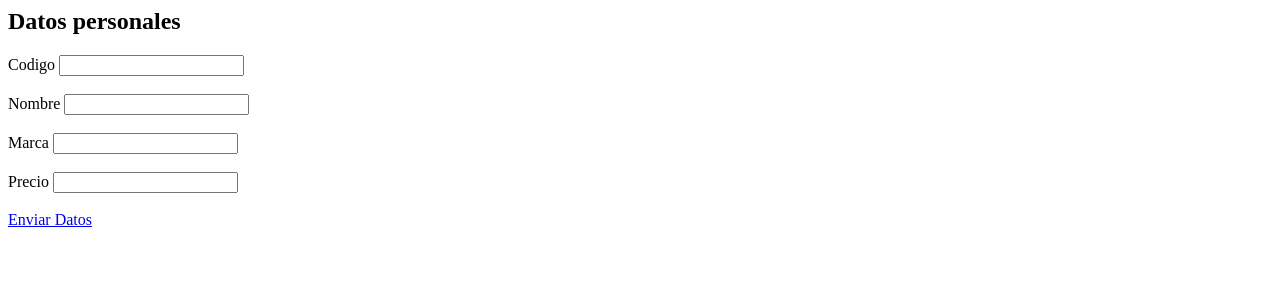
Repository: Alemartinez97/New-Repository
Page: programacion-3/tp3/formProducto.html
The author's editor kept a copy of each file at every save. The page is drawn from the files as they stood at one save, then again after the next save.
The browser window is 1280 px wide. The pictures show the whole page.

Above is the page before, as saved 2020-06-04 18:29:04.

### programacion-3/tp3/formProducto.html
<html>
<head>
	<title>Cuadros de texto</title>
        <!--Esta línea a continuación sirve para que los caracteres
         como la ñ o tildes se visualicen correctamente-->
	<meta charset="UTF-8">
</head>
<body>
<!--Creamos una caja llamada contenedor. div es una etiqueta
contenedora que actúa como caja contenedora de otros elementos.
Cobra sentido con el uso de CSS-->
<div id="contenedor">
	<h2 id="encabezado">Datos personales</h2>
	<form id="formulario1">
		<label for="">Codigo</label>
        <input type="text" id="codigo"><br>
    </br>
        <label for="">Nombre</label>
        <input type="text" id="nombre"><br>
    </br>
		<label for="">Marca</label>
        <input type="text" id="marca"><br>
    </br>
		<label for="">Precio</label>
        <input type="text" id="precio"><br>
</br>
        <a href="producto.html" onclick="enviarDatos">Enviar Datos
        </a>
	</form>
</div>
<script>

    function enviarDatos() {

        let codigo = document.getElementById("codigo").value;
        let nombre = document.getElementById("nombre").value;
        let marca = document.getElementById("marca").value;
        let precio= document.getElementById("precio").value;

        let request = { codigo: codigo, nombre: nombre, marca: marca,precio: precio };
        alert("Detalle Producto", "Codigo: ",codigo, "nombre: ",nombre, "Marca: ",marca, "Precio: ",precio )
        document.getElementById("resultado").innerHTML = JSON.stringify(request);

        setTimeout(function() {
            document.getElementById("resultado").innerHTML = JSON.stringify(request) + "... Enviada exitosamente";
        }, 3000);

    }
</script>
</body>
</html>

After the next save:
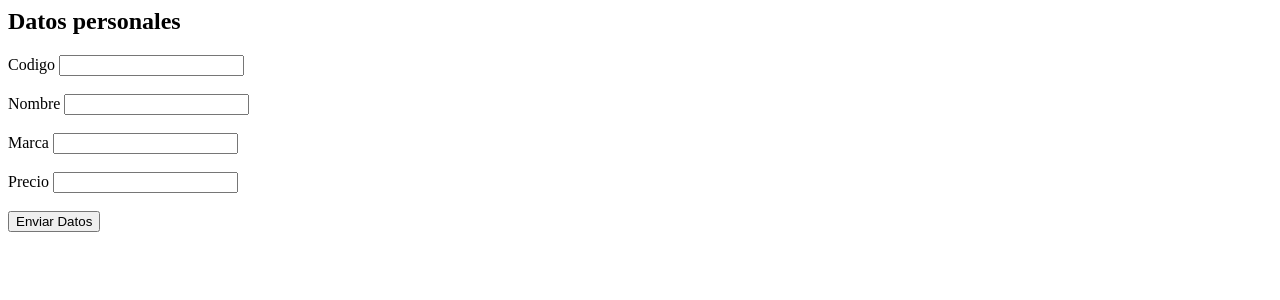
Saved 100 s later.
--- a/programacion-3/tp3/formProducto.html
+++ b/programacion-3/tp3/formProducto.html
@@ -24,8 +24,8 @@ Cobra sentido con el uso de CSS-->
 		<label for="">Precio</label>
         <input type="text" id="precio"><br>
 </br>
-        <a href="producto.html" onclick="enviarDatos">Enviar Datos
-        </a>
+        <button href="producto.html" onclick="enviarDatos">Enviar Datos
+        </button>
 	</form>
 </div>
 <script>
